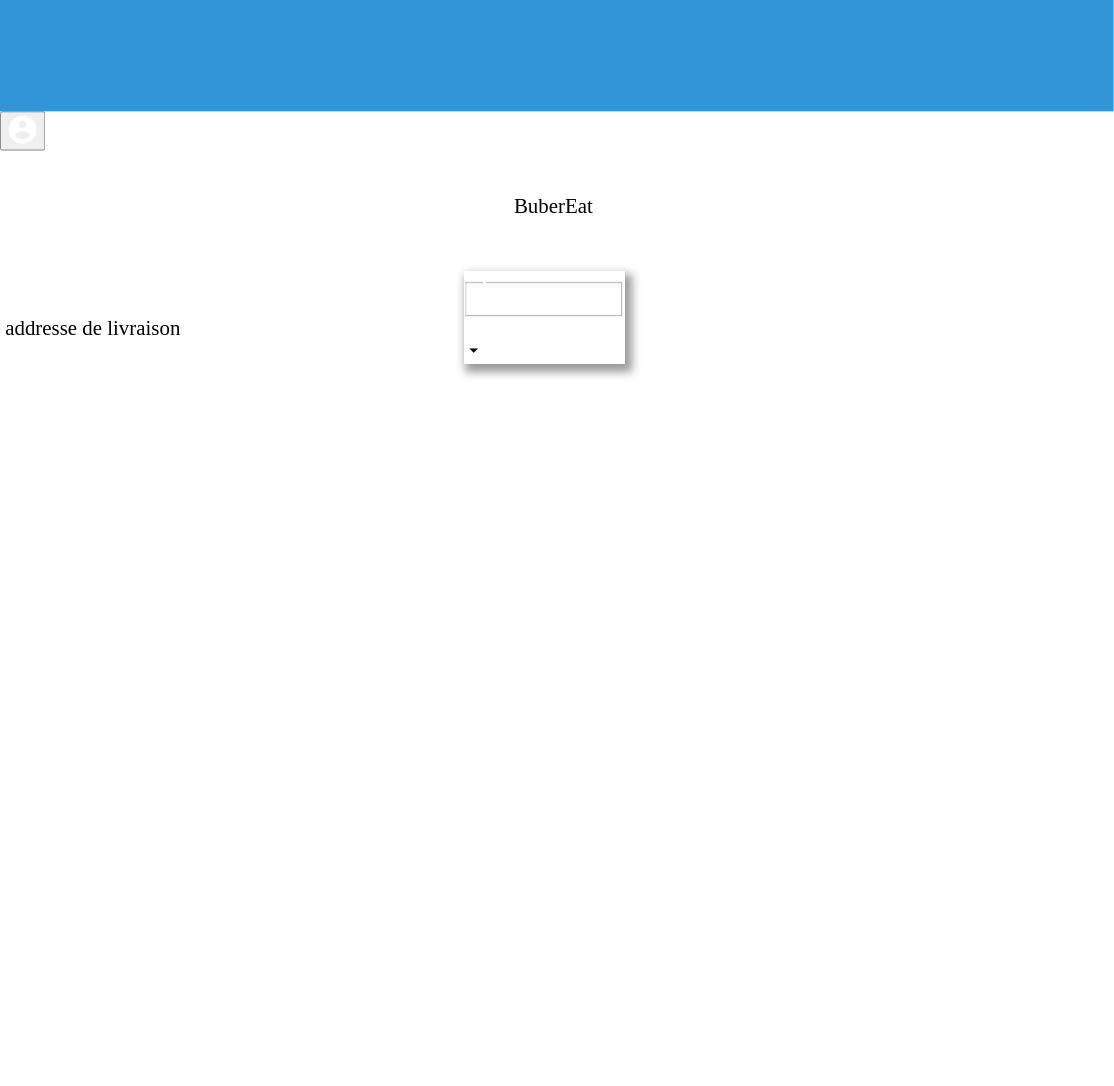
Repository: fidjy/B2_Info_Projet_Web
Page: /Login/%2522this.streets%2522
An editor plug-in stored every save of this project. The page is shown before and after the next save, followed by the edit.
The browser window is 1280 px wide. The pictures show the whole page, at 87% of full size.
An inner scrolling area shows only its first screen. The project was rebuilt for these pictures with package versions that can differ from the ones it lists, and the page was loaded fresh each time. Also part of the build but not shown: vue.config.js, src/views/RestaurantDishes/RestaurantDishes.vue.

Above is the page before, as saved 2020-03-23 19:51:23.

### public/index.html
<!DOCTYPE html>
<html lang="en">
  <head>
    <meta charset="utf-8">
    <meta http-equiv="X-UA-Compatible" content="IE=edge">
    <meta name="viewport" content="width=device-width,initial-scale=1.0">
    <link rel="icon" href="<%= BASE_URL %>favicon.ico">
    <title>Bubereat</title>
    <link rel="stylesheet" href="https://fonts.googleapis.com/css?family=Roboto:100,300,400,500,700,900">
    <link rel="stylesheet" href="https://cdn.jsdelivr.net/npm/@mdi/font@latest/css/materialdesignicons.min.css">
    <style>
    html {
  overflow-x: hidden;
  overflow-y: hidden;
}
</style>
  </head>
  <body>
    <noscript>
      <strong>We're sorry but <%= htmlWebpackPlugin.options.title %> doesn't work properly without JavaScript enabled. Please enable it to continue.</strong>
    </noscript>
    <div id="app"></div>
    <!-- built files will be auto injected -->
  </body>
</html>

### src/main.ts
import Vue from 'vue'
import App from './App.vue'
import router from './router'
import vuetify from './plugins/vuetify';
import NavBar from "./Layouts/NavBar/NavBar.vue";

Vue.component('NavBar', NavBar);

Vue.config.productionTip = false;

new Vue({
  router,
  vuetify,
  render: h => h(App)
}).$mount('#app')

### src/App.vue
<template>
  <v-app>
    <component :is="layout">
      <transition name="slide-fade" appear mode="out-in">
        <router-view></router-view>
      </transition>
    </component>
  </v-app>
</template>

<script lang="ts">
import Vue from "vue";

export default Vue.extend({
  name: "App",

  computed: {
    layout() {
      return this.$route.meta.layout || "NavBar";
    }
  }
});
</script>

<style>
body {
  width: 100%;
  height: 100%;
  margin: 0%;
}
</style>

### src/router/index.ts
import Vue from 'vue';

import VueRouter from 'vue-router';

import Home from '../views/Home/Home.vue';
import Login from '../views/Login/Login.vue';
import RestaurantDishes from '../views/RestaurantDishes/RestaurantDishes.vue';


Vue.use(VueRouter)

const routes = [
  {
    path: '/',
    name: 'Home',
    meta: {layout: 'NavBar'},
    component: Home
  },
  {
    path: '/RestaurantDishes/:restaurant',
    name: 'RestaurantDishes',
    meta: {layout: 'NavBar'},
    component: RestaurantDishes
  },
  {
    path: '/Login/:streets',
    name: 'Login',
    meta: {layout: 'NavBar'},
    component: Login
  },
]

const router = new VueRouter({
  mode: 'history',
  base: process.env.BASE_URL,
  routes
})

export default router

### src/plugins/vuetify.ts
import Vuetify from 'vuetify';

import Vue from 'vue';

Vue.use(Vuetify);

export default new Vuetify({
});

### src/Layouts/NavBar/NavBar.vue
<template>
  <v-content>
    <v-card class="overflow-hidden height-nav-bar">
      <v-app-bar
        absolute
        color="#3195d7"
        dark
        shrink-on-scroll
        prominent
        src="https://wallpaperaccess.com/full/512858.jpg"
        fade-img-on-scroll
        scroll-target="#scrolling-techniques-5"
        scroll-threshold="500"
        class="app-bar"
      >
        <template v-slot:img="{ props }">
          <v-img v-bind="props" gradient="to top right, rgba(89, 171, 227, .9), rgba(25,32,72,.7)"></v-img>
        </template>

        <div class="header">
          <v-app-bar-nav-icon @click="drawer = true">
            <img class="Account-logo" src="./Assets/baseline_account_circle_black_18dp.png" />
          </v-app-bar-nav-icon>

          <p class="title-mobile">BuberEat</p>

          <div class="sign-in-mobile">
            <router-link class="router-link-sing-in" :to="{ name: 'Login' }">
              <a>Login</a>
            </router-link>
          </div>
        </div>

        <v-toolbar-title class="title">BuberEat</v-toolbar-title>

        <v-col class cols="12" sm="6" md="3">
          <v-autocomplete
            class="mx-4 box-shadow-customize"
            v-model="deliveryAddressInput"
            label="addresse de livraison"
            outlined
            :loading="loading"
            :items="items"
            :search-input.sync="search"
            cache-items
            flat
            hide-no-data
            hide-details
            clearable
          ></v-autocomplete>
        </v-col>

        <div class="sign-in">
          <router-link class="router-link-sing-in" :to="{ name: 'Login', params: { propsAdresses: encodeURI(JSON.stringify(streets)) } }">
            <a>Login</a>
            {{ streets }}
          </router-link>
        </div>

        <v-spacer></v-spacer>
      </v-app-bar>
      <v-sheet id="scrolling-techniques-5" class="overflow-y-auto" max-height="100vh">
        <v-container class="slot-container" style="height: 100vh;">
          <div class="center-container">
            <slot />
          </div>
        </v-container>
      </v-sheet>
      <v-navigation-drawer v-model="drawer" absolute temporary>
        <v-list nav dense>
          <v-list-item-group active-class="deep-purple--text text--accent-4">
            <v-list-item>
              <v-list-item-icon>
                <v-icon>mdi-account</v-icon>
              </v-list-item-icon>
              <v-list-item-title>Account</v-list-item-title>
            </v-list-item>

            <v-list-item>
              <v-list-item-icon>
                <v-icon>mdi-bug</v-icon>
              </v-list-item-icon>
              <v-list-item-title>Bug report</v-list-item-title>
            </v-list-item>

            <v-list-item>
              <v-list-item-icon>
                <v-icon>mdi-logout</v-icon>
              </v-list-item-icon>
              <v-list-item-title>Logout</v-list-item-title>
            </v-list-item>
          </v-list-item-group>
        </v-list>
      </v-navigation-drawer>
    </v-card>
  </v-content>
</template>

<script>
import axios from "axios";

export default {
  name: "NavBar",
  data() {
    return {
      propositionAdresse: "",
      drawer: false,
      deliveryAddressInput: "",
      wantEatInput: "",
      loading: false,
      items: [],
      search: null,
      select: null,
      states: [
        "Alabama",
        "Alaska",
        "American Samoa",
        "Arizona",
        "Arkansas",
        "California",
        "Colorado",
        "Connecticut",
        "Delaware",
        "District of Columbia",
        "Federated States of Micronesia",
        "Florida",
        "Georgia",
        "Guam",
        "Hawaii",
        "Idaho",
        "Illinois",
        "Indiana",
        "Iowa",
        "Kansas",
        "Kentucky",
        "Louisiana",
        "Maine",
        "Marshall Islands",
        "Maryland",
        "Massachusetts",
        "Michigan",
        "Minnesota",
        "Mississippi",
        "Missouri",
        "Montana",
        "Nebraska",
        "Nevada",
        "New Hampshire",
        "New Jersey",
        "New Mexico",
        "New York",
        "North Carolina",
        "North Dakota",
        "Northern Mariana Islands",
        "Ohio",
        "Oklahoma",
        "Oregon",
        "Palau",
        "Pennsylvania",
        "Puerto Rico",
        "Rhode Island",
        "South Carolina",
        "South Dakota",
        "Tennessee",
        "Texas",
        "Utah",
        "Vermont",
        "Virgin Island",
        "Virginia",
        "Washington",
        "West Virginia",
        "Wisconsin",
        "Wyoming"
      ]
    };
  },
  watch: {
    search: function(value) {
      // this.streets = [];
      value && value !== this.select && this.querySelections(value);
      axios
        .get("https://api-adresse.data.gouv.fr/search/?q=" + value)
        .then(response => (
          this.propositionAdresse = response
        ));
    }
  },
  methods: {
    querySelections(v) {
      this.loading = true;
      // Simulated ajax query
      setTimeout(() => {
        this.items = this.states.filter(e => {
          return (e || "").toLowerCase().indexOf((v || "").toLowerCase()) > -1;
        });
        this.loading = false;
      }, 500);
    },
  },
  computed: {
    streets: function (){
      if(this.propositionAdresse != ""){
        return this.propositionAdresse;
      }
      return "this.streets"
    }
  }

};
</script>

<style>
@import url("Assets/NavBar.scss");
</style>

### src/views/Login/Login.vue
<template>
    <div>{{ $route.params.propsAdresses }}</div>
</template>

<script>
export default {
  name: "Login",
  data() {
    return {
    }
  },
}

</script>

### src/Layouts/NavBar/Assets/NavBar.scss
.height-nav-bar {
    height: 100%;
}

.slot-container {
    max-width: 99vw;
    position: relative;
    padding: 0px;
    margin: 0px;
    top: 128px;
    margin-right: initial;
    margin-left: initial;
}

.overflow-y-auto {
    overflow-y: scroll;
    overflow-x: hidden;
}

.center-container {
    display: flex;
    justify-content: center;
    align-items: center;
}

.v-label {
    padding-left: 6px;
}

.col-md-3 {
    height: 100%;
    padding: 0px !important;
    display: flex;
    justify-content: center;
    align-items: center;
    margin: 0px;
}

.v-input {
    display: flex;
    justify-content: center;
    align-items: center;
}

.v-text-field__details {
    min-height: 0px !important;
    height: 0px;
    margin-bottom: 0px !important;
}

.v-text-field {
    margin-bottom: 0px !important;
}

.v-messages {
    height: 0px !important;
    min-height: 0px !important;
}

.v-toolbar__title {
    height: 100%;
    display: flex;
    justify-content: center;
    align-items: center;
    padding-right: 8px;
    overflow: visible;
}

.v-navigation-drawer {
    height: 400px !important;
}

.Account-logo {
    filter: invert(1);
}

input {
    background-color: rgba(255, 255, 255, 0) !important;
    border-color: rgba(255, 255, 255, 0) !important;
}

.col-md-3 {
    margin-right: 30px;
}

.sign-in {
    display: flex;
    justify-content: flex-end;
    align-items: center;
    height: 100%;
    width: 65%;
}

.v-input__control {
    flex-direction: row !important;
}

.v-application a {
    color: white !important;
}

.router-link-sing-in {
    text-decoration: none;
    margin-right: 10%;
}

@media (max-width: 960px) {
    .v-toolbar__content {
        display: flex;
        flex-direction: column;
    }
    .col-md-3 {
        height: 20%;
    }
    .sign-in {
        display: none;
    }
    .sign-in-mobile {
        display: initial;
    }
    .title-mobile {
        display: initial;
    }
    .title {
        display: none;
    }
    .app-bar {
        height: 160px !important;
    }
    .header {
        display: flex;
        justify-content: space-between;
        align-items: center;
        width: 100%;
    }
    .col-md-3 {
        max-width: 98%;
        max-height: 70px;
    }
    .v-image {
        height: 220px !important;
    }
}

@media screen and (min-width: 960px) {
    .v-card {
        flex-direction: initial;
    }
    .sign-in-mobile {
        display: none;
    }
    .sign-in {
        display: flex;
        justify-content: flex-end;
        align-items: center;
    }
    .title-mobile {
        display: none;
    }
    .title {
        display: flex;
    }
    .header {
        display: initial;
        width: none;
    }
    .col-md-3 {
        max-width: 98%;
        max-height: 128px;
    }
}

.v-app-bar {
    background-size: cover !important;
}

### src/views/Home/Assets/Home.scss
.center-block {
    height: 80%;
}

.mb-1 {
    height: 74px !important;
}

.theme--dark.v-select .v-select__selection--comma {
    color: #bfcbd3 !important;
}

.row {
    margin: 0px !important;
}

.picture-restaurant {
    height: 100%;
    flex: 0 0 auto !important;
}

.container-picture-resto {
    width: 100%;
    height: 400px;
    display: flex;
    justify-content: center;
    align-items: center;
}

.center-picture-resto {
    overflow: hidden;
    width: 90%;
    height: 90%;
}

.restaurant-name {
    padding: 0px 0px 20px 5% !important;
}

.restaurant-stars {
    padding: 0px 5% 20px 0px !important;
}

.description-restaurant {
    display: flex;
    justify-content: space-between;
    align-items: center;
}

.center {
    display: flex;
    justify-content: center;
    align-items: center;
}

.progress-circular {
    color: white !important;
}

.button-heart {
    border-style: none !important;
}

.container-dishes {
    width: 100%;
}

.dish {
    max-width: 23.7% !important;
}

.box-shadow-customize {
    box-shadow: 6px 7px 10px 4px rgba(119, 119, 119, 0.75);
    -moz-box-shadow: 6px 7px 10px 4px rgba(119, 119, 119, 0.75);
    -webkit-box-shadow: 6px 7px 10px 4px rgba(119, 119, 119, 0.75);
}

.v-alert {
    margin: 0px;
}

.info-welcoming-container {
    border-radius: 6px;
    margin-top: 15px;
    margin-bottom: 10px;
    width: 100%;
    height: 140px;
    background-image: url('http://getwallpapers.com/wallpaper/full/5/d/3/1340885-most-popular-kawaii-food-wallpaper-1920x1080-tablet.jpg');
}

.wallpaper-filter {
    background-color: rgba(89, 171, 227, .8) !important;
    width: 100%;
    height: 100%;
    display: flex;
    justify-content: center;
    align-items: center;
    border-radius: 6px;
}

.info-welcoming {
    background-color: rgba(89, 172, 227, 0) !important;
    padding: 0% !important;
    margin: 0% !important;
    font-size: 20px !important;
    color: white !important;
    width: 40%;
    height: 60%;
}

.router-link-sing-in {
    margin-right: 0% !important;
}

.v-alert:not(.v-sheet--tile) {
    display: flex;
    justify-content: center;
}

Loaded but not shown: src/views/Home/Home.vue (262 lines, source omitted)

After the next save:
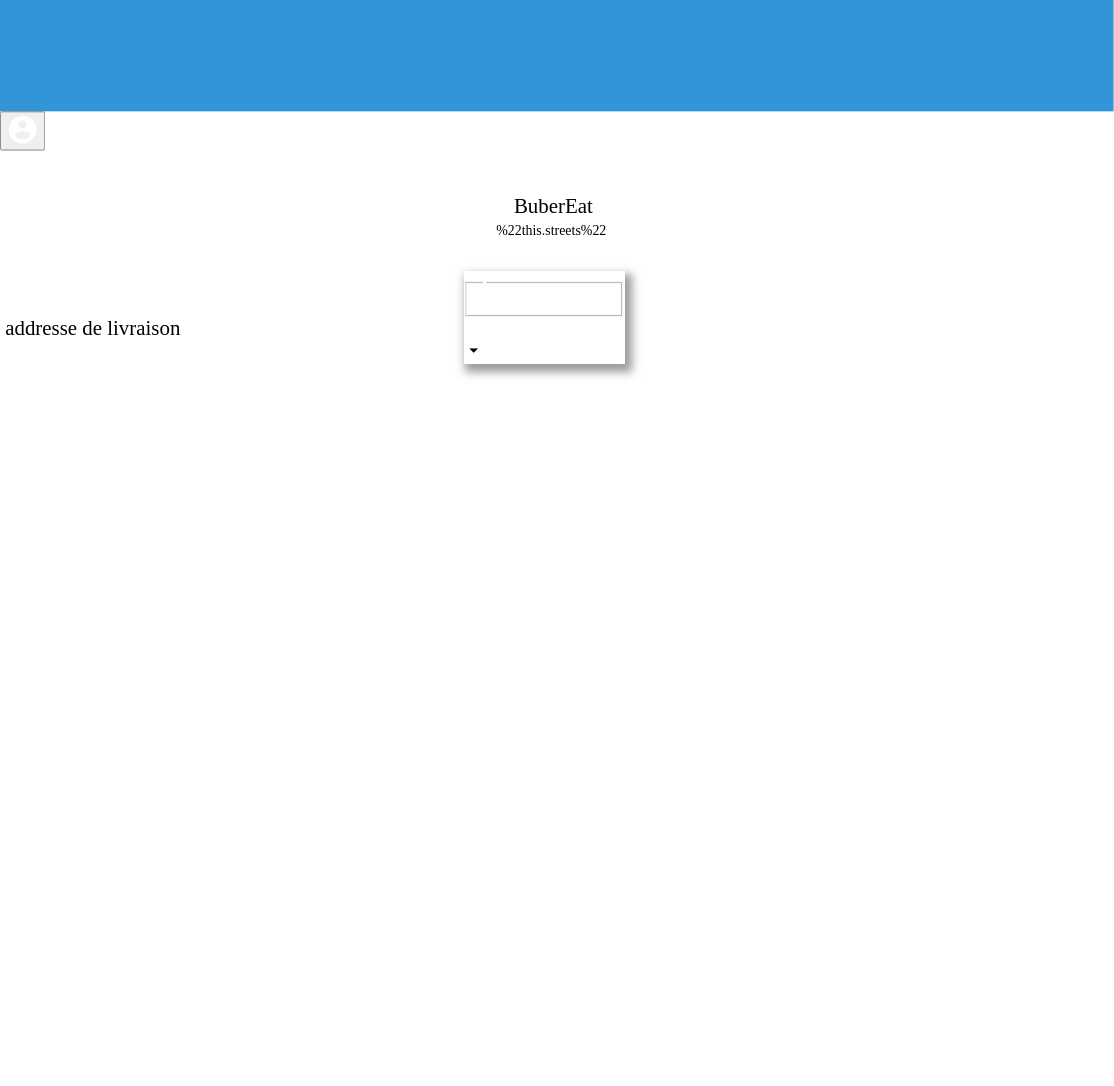
Saved 13 s later.
--- a/src/router/index.ts
+++ b/src/router/index.ts
@@ -23,7 +23,7 @@
     component: RestaurantDishes
   },
   {
-    path: '/Login/:streets',
+    path: '/Login/:propsAdresses',
     name: 'Login',
     meta: {layout: 'NavBar'},
     component: Login

After the save that followed:
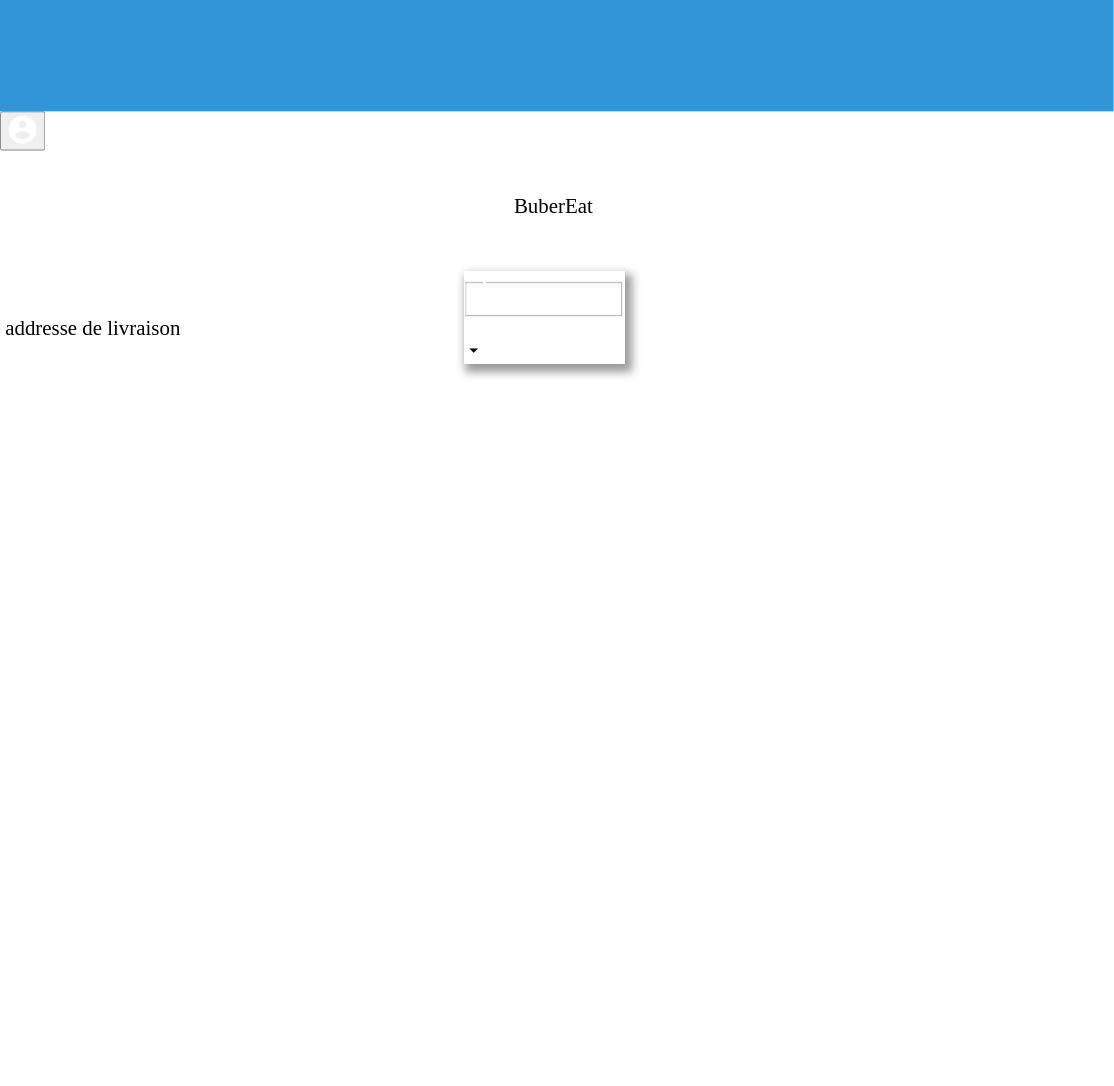
Saved 24 s later.
--- a/src/views/Login/Login.vue
+++ b/src/views/Login/Login.vue
@@ -1,5 +1,5 @@
 <template>
-    <div>{{ $route.params.propsAdresses }}</div>
+    <div>{{ $route.params.propsAdresses.data }}</div>
 </template>
 
 <script>
